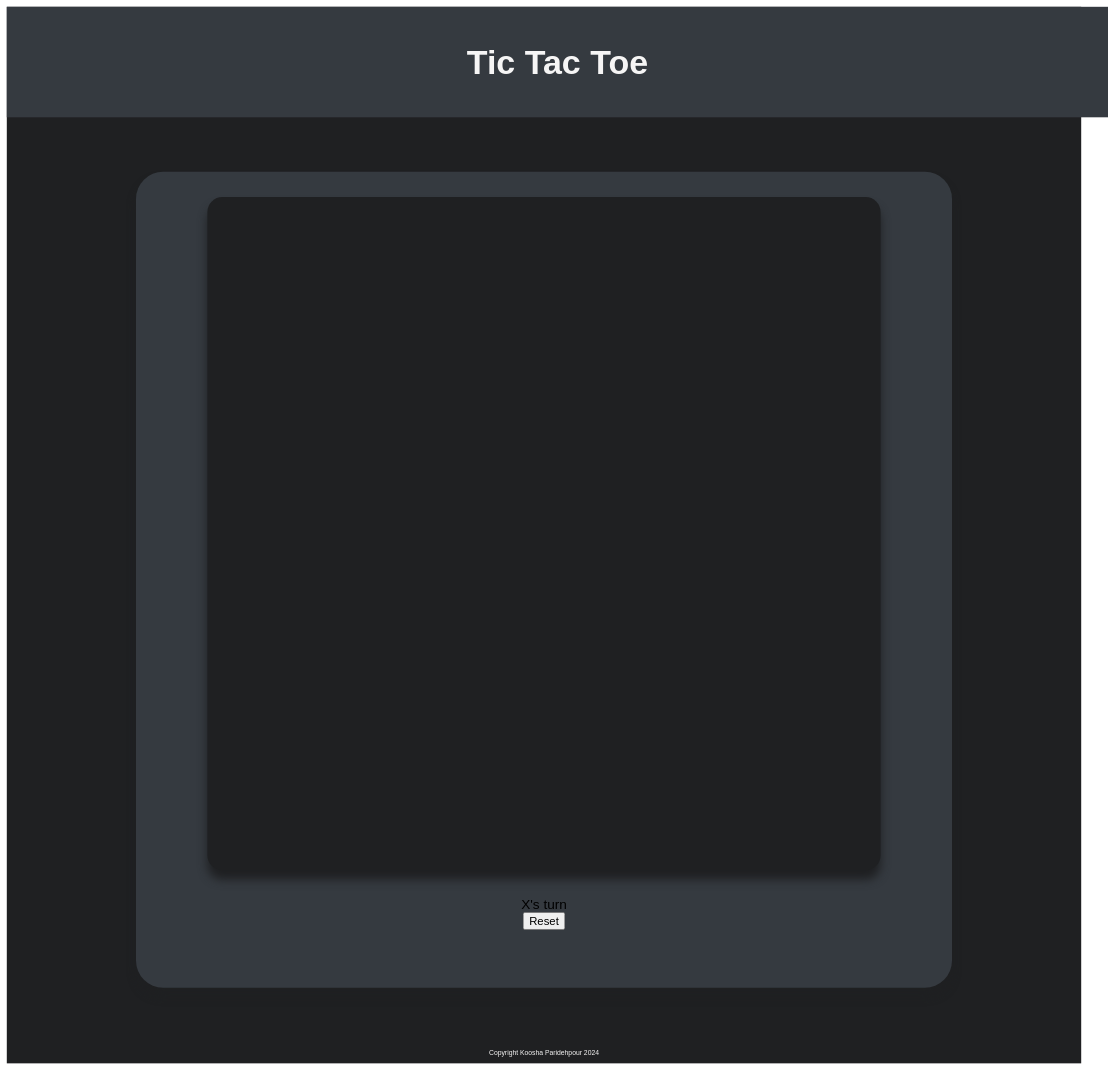
Repository: KooshaPari/odin-TTT
Page: index.html
An editor plug-in stored every save of this project. The page is shown before and after a run of saves, followed by the edit.
The browser window is 1280 px wide. The page is 1304 px wide, so the pictures cover 1304 px, including what lies to the right of the window. The pictures show the whole page, at 85% of full size.
The pointer rests on the first visible `#board`.

Above is the page before, as saved 2024-03-14 22:49:35.

### index.html
<!doctype html>
<html lang="en">
  <head>
    <meta charset="UTF-8" />

    <link rel="stylesheet" href="./style.css" />
    <meta name="viewport" content="width=device-width, initial-scale=1.0" />
    <title>Document</title>
  </head>
  <body>
    <div id="parent">
      <div id="header">
        <h1>Tic Tac Toe</h1>
      </div>
      <div id="body">
        <div id="game">
          <div id="board">
            <div class="square" id="0"></div>
            <div class="square" id="1"></div>
            <div class="square" id="2"></div>
            <div class="square" id="3"></div>
            <div class="square" id="4"></div>
            <div class="square" id="5"></div>
            <div class="square" id="6"></div>
            <div class="square" id="7"></div>
            <div class="square" id="8"></div>
          </div>
          <div id="status">X's turn</div>
          <button id="reset">Reset</button>
        </div>
      </div>
      <div id="footer">
        <p>Copyright Koosha Paridehpour 2024</p>
      </div>
    </div>
  </body>
</html>

### style.css
* {
  font-family: sans-serif;
}
#parent {
  background-color: #1f2022;
  width: 100%;
  height: 100%;
}
#header {
  background-color: #353a40;
  padding: 1.25%;
  width: 100%;
  height: 100%;
}
#header h1 {
  color: #f6f5f5;

  font-size: 2.5em;
}
#footer p {
  color: #f6f5f5;
  font-size: 0.5em;
}

#header,
#footer,
#body {
  display: flex;
  align-items: center;
  justify-content: center;
}
#title {
  color: #f6f5f5;
}
#body {
  flex-direction: column;
}
#game {
  display: flex;
  flex-direction: column;
  justify-content: center;
  align-items: center;
  background-color: #353a40;
  border-radius: 2em;
  margin: 5vw;
  box-shadow: 0px 10px 10px #1f2022;
  width: 75vw;
  height: 75vw;
  -webkit-border-radius: 2em;
  -moz-border-radius: 2em;
  -ms-border-radius: 2em;
  -o-border-radius: 2em;
}
#board {
  width: 75%;
  height: 75%;
  background-color: #1f2022;
  border-radius: 1em;
  margin: 2em;
  box-shadow: 0px 10px 10px #1f2022;
  -webkit-border-radius: 1em;
  -moz-border-radius: 1em;
  -ms-border-radius: 1em;
  -o-border-radius: 1em;
}
#board:hover {
  transform: scale(1.1) translate(0, -2em);
  transition: 0.5s ease-in-out;
  -webkit-transform: scale(1.1) translate(0, -2em);
  -moz-transform: scale(1.1) translate(0, -2em);
  -ms-transform: scale(1.1) translate(0, -2em);
  -o-transform: scale(1.1) translate(0, -2em);
  -webkit-transition: 0.5s ease-in-out;
  -moz-transition: 0.5s ease-in-out;
  -ms-transition: 0.5s ease-in-out;
  -o-transition: 0.5s ease-in-out;
}

After the next 2 saves:
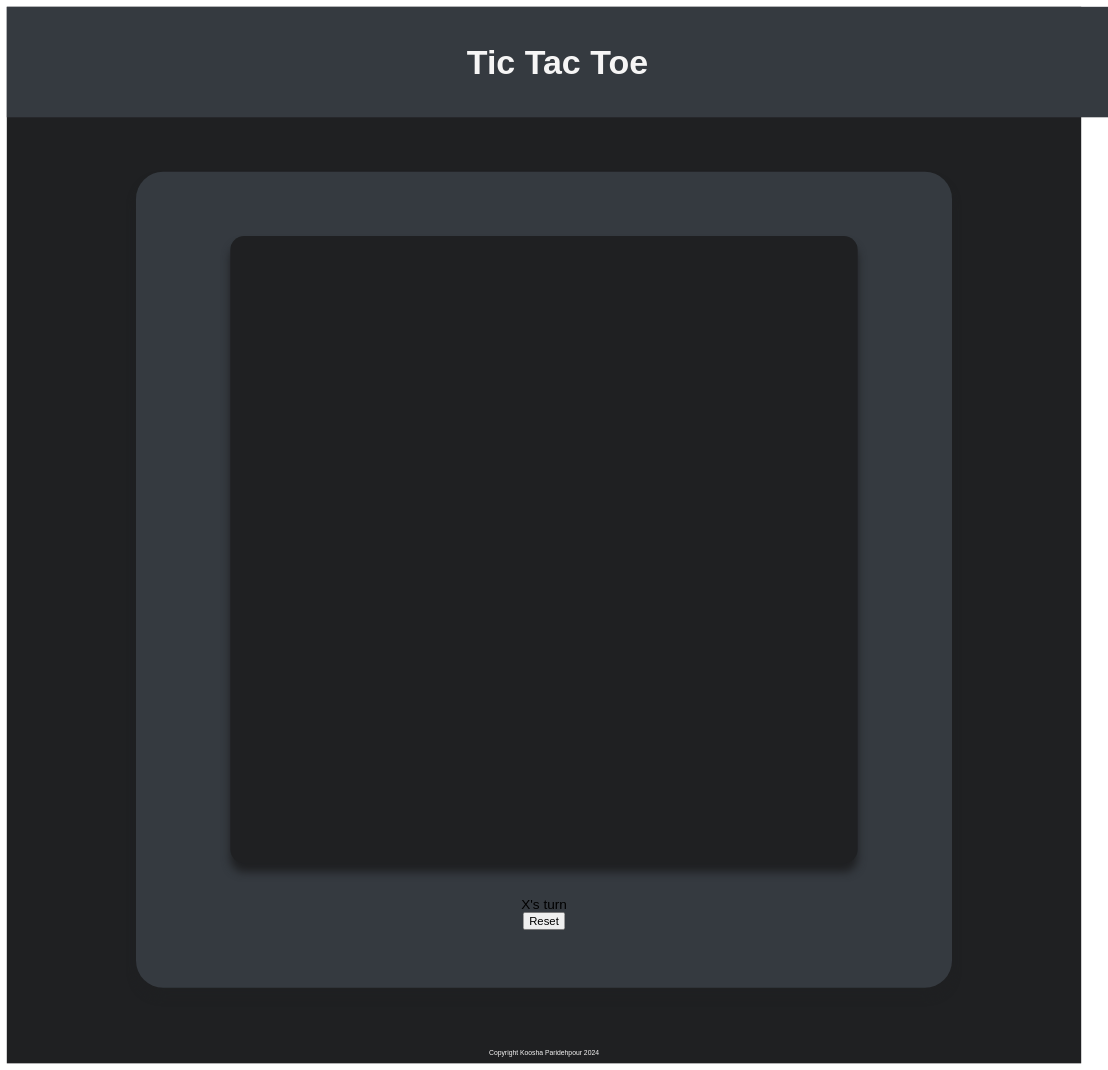
The 2 saves are shown as one change because they came seconds apart.
The last was saved 10 s later.
--- a/style.css
+++ b/style.css
@@ -64,12 +64,12 @@
   -o-border-radius: 1em;
 }
 #board:hover {
-  transform: scale(1.1) translate(0, -2em);
+  transform: scale(1.025) translate(0, -1em);
   transition: 0.5s ease-in-out;
-  -webkit-transform: scale(1.1) translate(0, -2em);
-  -moz-transform: scale(1.1) translate(0, -2em);
-  -ms-transform: scale(1.1) translate(0, -2em);
-  -o-transform: scale(1.1) translate(0, -2em);
+  -webkit-transform: scale(1.025) translate(0, -1em);
+  -moz-transform: scale(1.025) translate(0, -1em);
+  -ms-transform: scale(1.025) translate(0, -1em);
+  -o-transform: scale(1.025) translate(0, -1em);
   -webkit-transition: 0.5s ease-in-out;
   -moz-transition: 0.5s ease-in-out;
   -ms-transition: 0.5s ease-in-out;
